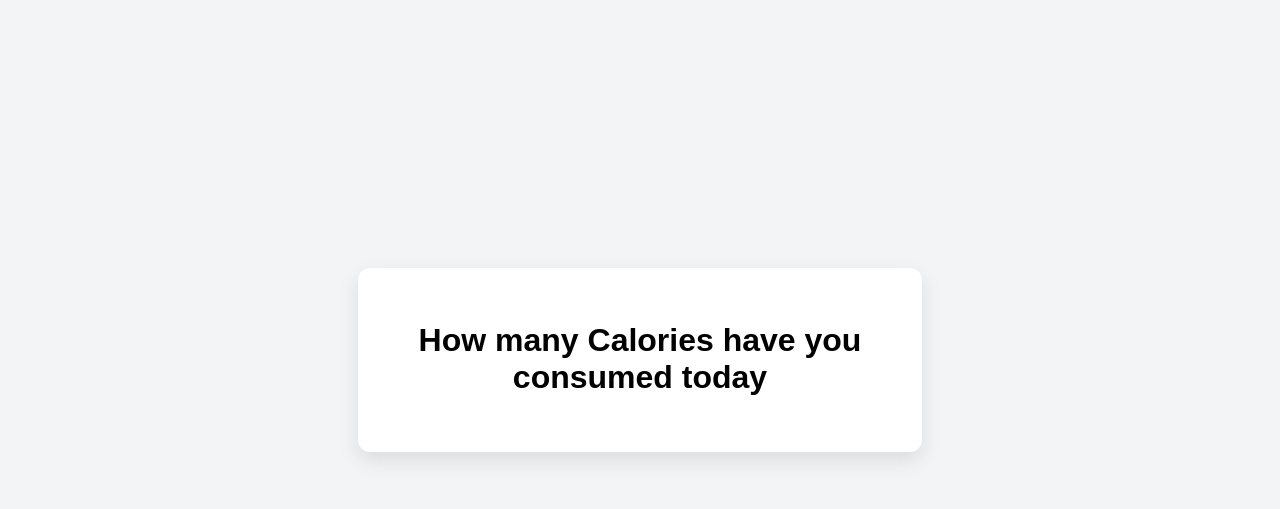
Repository: itaischwarz/health-app
Page: src/frontend/index.html
An editor plug-in stored every save of this project. The page is shown before and after the next save, followed by the edit.
The browser window is 1280 px wide. The pictures show the whole page.

Above is the page before, as saved 2025-08-16 11:36:58.

After the next save:
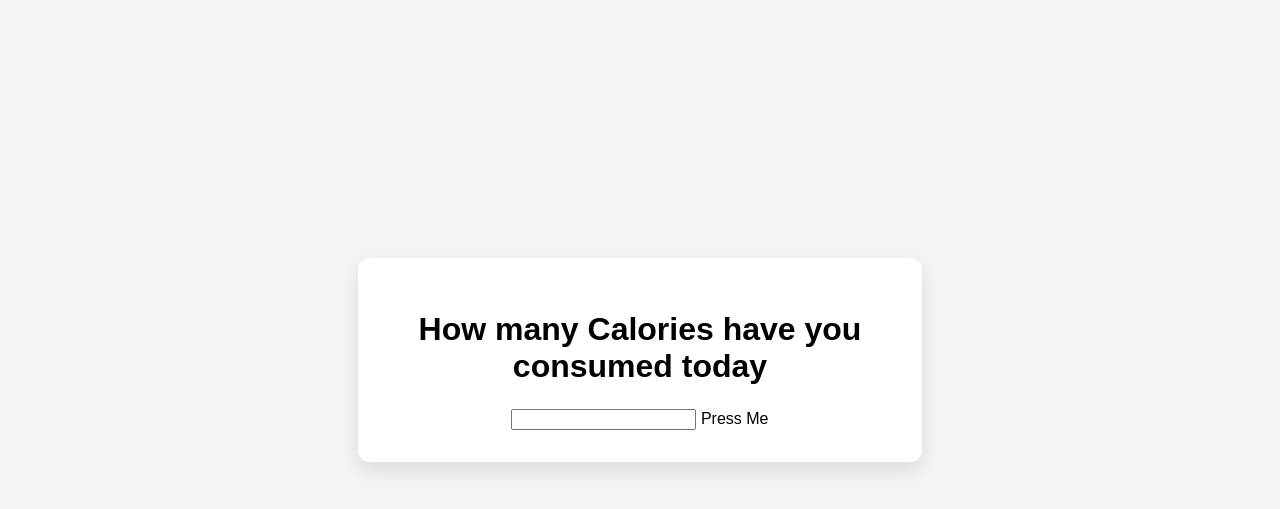
Saved 12 s later.
--- a/src/frontend/index.html
+++ b/src/frontend/index.html
@@ -40,7 +40,7 @@
     <body>
         <div class="container">
             <h1>How many Calories have you consumed today</h1>
-
+            <input> Press Me </input>
         </div>
     </body>
 </html>
